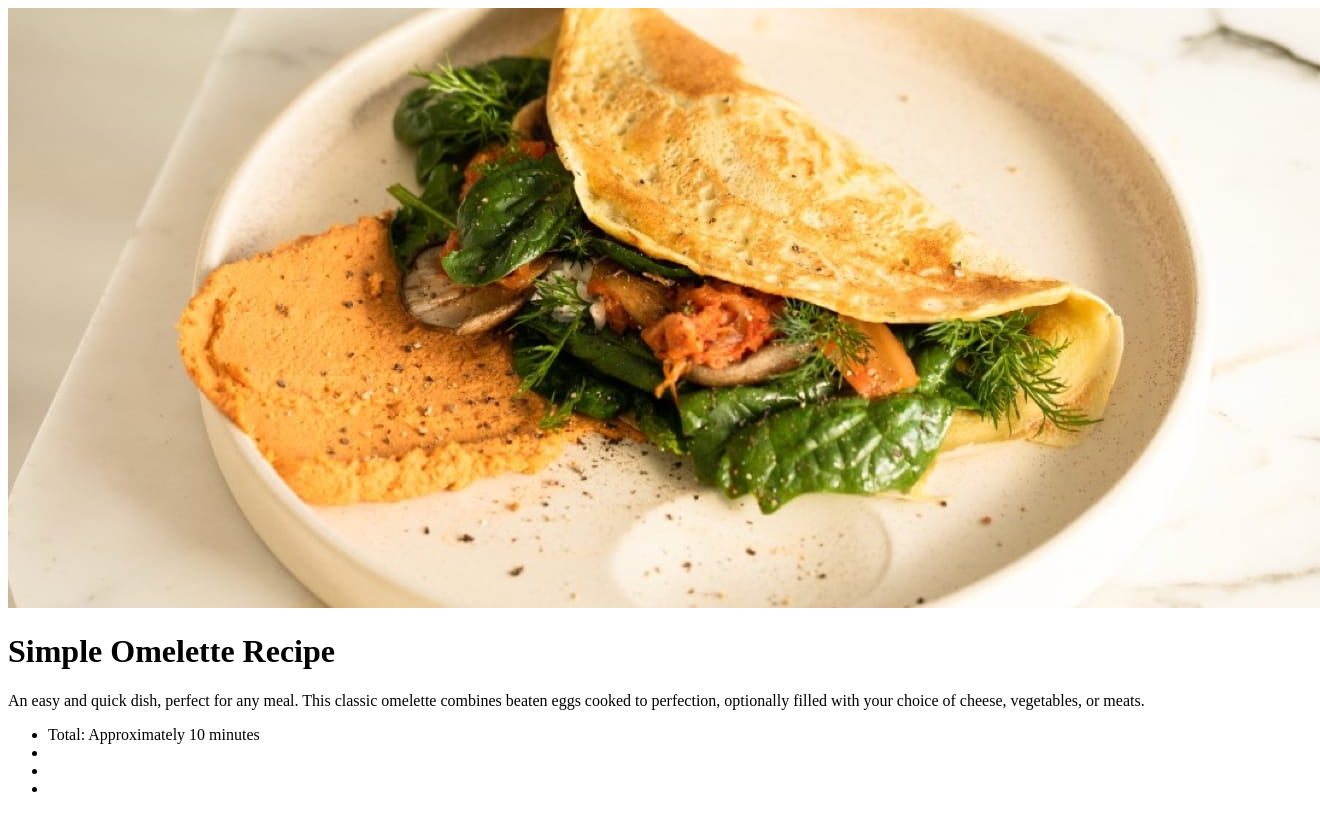
Repository: akbasliogulcan/omletterecipe
Page: index.html
These files come from the project's save history. The page is drawn as it stood at one moment and after the next save; the edit follows.
The browser window is 1280 px wide. The page is 1320 px wide, so the pictures cover 1320 px, including what lies to the right of the window. The pictures show the whole page.

Above is the page before, as saved 2025-07-20 17:13:05.

After the next save:
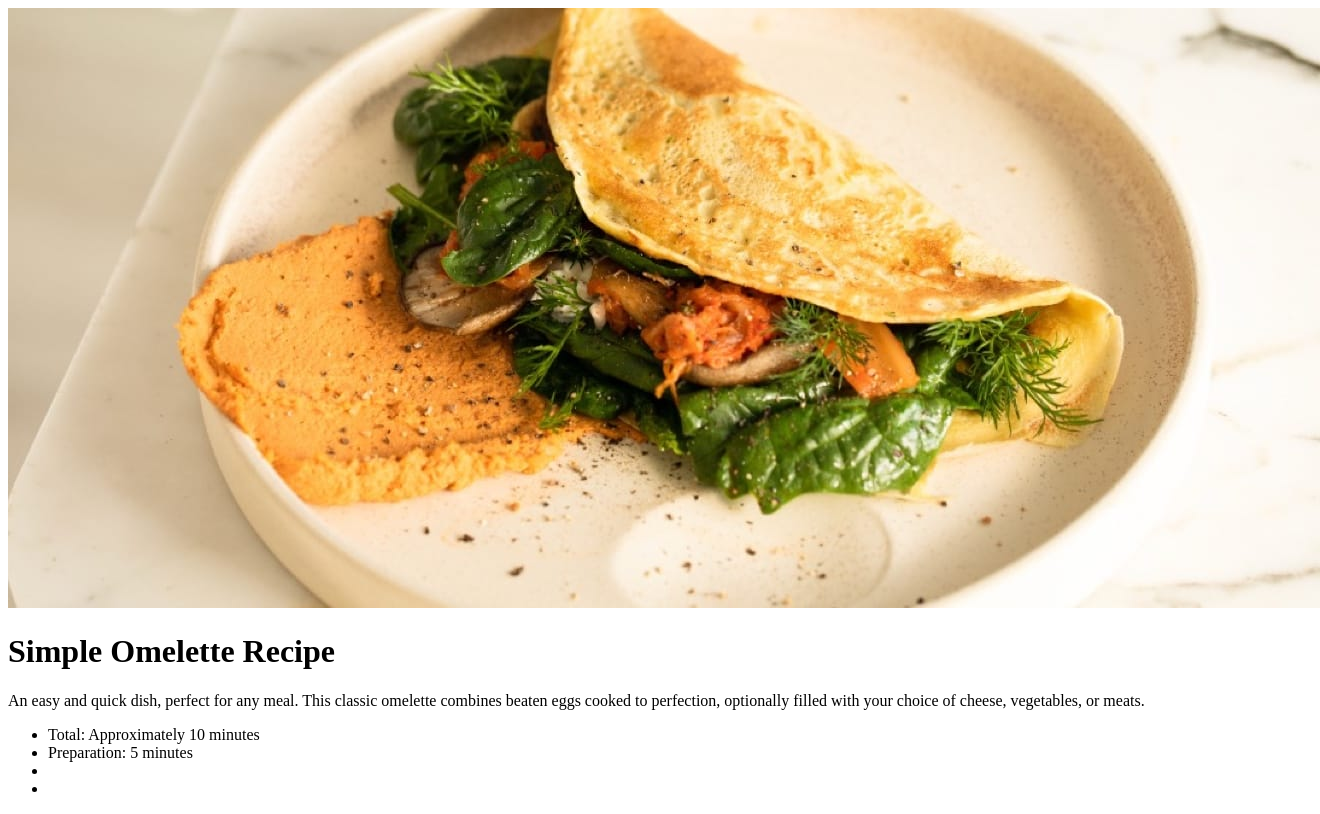
Saved 9 s later.
--- a/index.html
+++ b/index.html
@@ -21,7 +21,7 @@
       <ul>
         <li> Total: Approximately 10 minutes
         </li>
-        <li></li>
+        <li> Preparation: 5 minutes</li>
         <li></li>
         <li></li>
       </ul>
